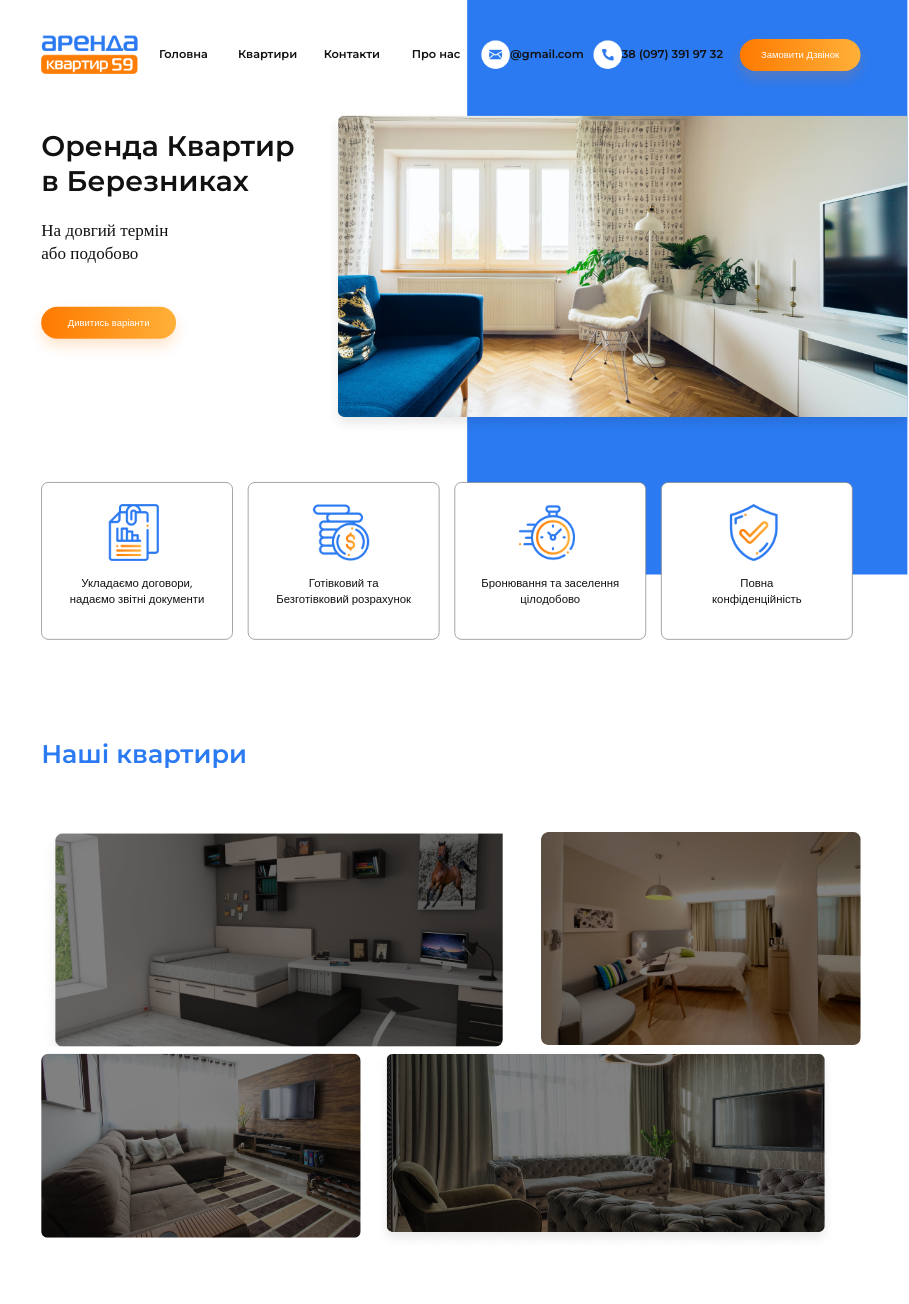
Repository: batonAnton/HW-7-grid
Page: index.html
These files come from the project's save history. The page is drawn as it stood at one moment and after the next save; the edit follows.
The browser window is 1280 px wide. The pictures show the whole page, at 71% of full size.

Above is the page before, as saved 2022-06-25 20:12:48.

### index.html
<!DOCTYPE html>
<html lang="en">
<head>
    <meta charset="UTF-8">
    <meta http-equiv="X-UA-Compatible" content="IE=edge">
    <meta name="viewport" content="width=device-width, initial-scale=1.0">
    <link rel="preconnect" href="https://fonts.googleapis.com">
    <link rel="preconnect" href="https://fonts.gstatic.com" crossorigin>
    <link href="https://fonts.googleapis.com/css2?family=Montserrat:wght@600&display=swap" rel="stylesheet">
    <link rel="preconnect" href="https://fonts.googleapis.com">
    <link rel="preconnect" href="https://fonts.gstatic.com" crossorigin>
    <link href="https://fonts.googleapis.com/css2?family=Open+Sans&display=swap" rel="stylesheet">
    <link rel="stylesheet" href="./css/styles2.css">
    <title>Grid</title>
</head>

        <div  class="wrapper allstyles">
            <header>
                <img src="./images/logo.png" alt="logo">
                <a href="" class="menu">Головна</a>
                <a href="" class="menu">Квартири</a>
                <a href="" class="menu">Контакти</a>
                <a href="" class="menu">Про нас</a>

                <div class="item mail">
                    <img src="./images/email.png" alt="email">
                    <p>@gmail.com</p>
                </div>
                <div class="item phone">
                    <img src="./images/phone.png" alt="phone">
                    <p>38 (097) 391 97 32</p>
                </div>
                <div class="item btn">
                        <button>Замовити Дзвінок </button>
                </div>
            </header>
            </div>





            <div class=" wrapper2  allstyles">
                <div class="info">
                    <h1>Оренда Квартир <br> в Березниках</h1>
                    <p>На довгий термін <br> або подобово</p>
                    <button class="btn">Дивитись варіанти</button>
                </div>
                <div class="blueblock"></div>

                <div class="banner">

                </div>
            </div>
        </div>


    <div class="wrapper3 allstyles">
         <div class=" block block1">
             <img src="./images/header 1.1.png" alt="img">
             <p>
                Укладаємо договори, <br> надаємо звітні документи
             </p>
         </div>
         <div class="block block2">
            <img src="./images/header 1.2.png" alt="img">
            <p>
                Готівковий та <br>
                Безготівковий розрахунок
            </p>
         </div>
         <div class="block block3">
            <img src="./images/header 1.3.png" alt="img">
            <p>
                Бронювання та заселення <br> цілодобово
            </p>

         </div>
         <div class="block block4">
            <img src="./images/header 1.4.png" alt="img">
            <p>
                Повна <br> конфіденційність
            </p>
         </div>
    </div>

    <div class="wrapper4 allstyles">
        <h1 class="wrapper4-h1">Наші квартири</h1>

        <div class="img1-1"></div>
        <div class="img1-2"></div>
        <div class="img2-1"></div>
        <div class="img2-2"></div>
        <!-- <img class="img1-1" src="./images/wrapper4/Background 1.1.png" alt="">
        <img class="img1-2" src="./images/wrapper4/Background 1.2.png" alt="">
        <img class="img2-1" src="./images/wrapper4/Background 2.1.png" alt="">
        <img class="img2-2" src="./images/wrapper4/Background 2.2.png" alt=""> -->
    </div>









</body>
</html>

### css/styles2.css
* {
  box-sizing: border-box;
}

.allstyles {
  margin: 50px 50px;
}

header {
  display: grid;
  gap: 10px;
  grid-template-columns: repeat(8, 1fr);
  grid-template-rows: 1fr;
  z-index: 1;
}

.wrapper {
  display: flex;
  justify-content: space-between;
}

.menu {
  font-family: "Montserrat", sans-serif;
  font-style: normal;
  font-weight: 600;
  font-size: 16px;
  line-height: 20px;
  text-decoration: none;
  color: #111111;
  transition: all 1s;
}

.menu:hover {
  text-decoration: underline;
}

.phone,
.mail {
  font-family: "Montserrat", sans-serif;
  font-style: normal;
  font-weight: 600;
  font-size: 16px;
  line-height: 20px;
  text-decoration: none;
  color: #111111;
  transition: all 1s;
}

.menu,
.phone,
.mail,
.btn {
  justify-content: center;
  align-items: center;
  display: flex;
}

.phone,
.btn {
  width: 190px;
}

.btn button {
  padding: 15px 30px;
  color: #fff;
  background: linear-gradient(89.77deg, #ff7a00 0.2%, #ffb039 99.82%);
  box-shadow: 0px 10px 20px rgba(255, 122, 0, 0.2);
  border-radius: 25px;
  border: none;
}

.wrapper2 {
  display: grid;
  grid-template-columns: repeat(5, 1fr);
  grid-template-rows: repeat(5, 1fr);
  z-index: 0;
}

.wrapper2 .info {
  grid-column: 1/3;
  grid-row: 1/6;
}

.info h1 {
  font-family: "Montserrat";
  font-style: normal;
  font-weight: 800;
  font-size: 40px;
  line-height: 49px;
  display: flex;
  align-items: center;
  color: #111111;
}

.info p {
  font-family: "Open Sans";
  font-style: normal;
  font-weight: 400;
  font-size: 24px;
  line-height: 33px;
  color: #111111;
}
.wrapper2 .banner {
  grid-column: 3/6;
  grid-row: 1/6;
  background-image: url(../images/bigBanner.png);
  background-repeat: no-repeat;
  background-size: contain;
  /* height: 420px; */
  margin-right: -56px;
}

.wrapper2 .btn {
  margin-top: 60px;
  padding: 15px 30px;
  color: #fff;
  background: linear-gradient(89.77deg, #ff7a00 0.2%, #ffb039 99.82%);
  box-shadow: 0px 10px 20px rgba(255, 122, 0, 0.2);
  border-radius: 25px;
  border: none;
}

.blueblock {
  grid-column: 4/6;
  grid-row: 1/6;
  background: #2b7af1;
  border-radius: 0px 0px 0px 10px;
  margin-top: -155px;
  margin-right: -56px;

  width: 620px;
  height: 810px;
}

.wrapper3 {
  display: grid;
  grid-template-columns: repeat(4, 1fr);
  margin-top: -180px;
  z-index: 1;
}

.wrapper3 p {
  font-family: "Open Sans", sans-serif;
  font-style: normal;
  font-weight: 400;
  font-size: 16px;
  line-height: 22px;
  text-align: center;
  color: #111111;
}

.block {
  width: 270px;
  /* height: 170px; */
  padding: 30px 20px;
  background: #ffffff;
  border-radius: 10px;
  border: 1px solid gray;
}

.block img {
  width: 80px;
  height: 80px;
  margin-left: 70px;
}

.block1,
.block2,
.block3,
.block4 {
  /* display: flex; */
  justify-content: space-around;
}

.block1 {
  grid-column: 1/2;
}

.block2 {
  grid-column: 2/3;
}

.block3 {
  grid-column: 3/4;
}

.block4 {
  grid-column: 4/5;
}

.wrapper4 {
  display: grid;
  grid-template-columns: repeat(5, 1fr);
  grid-template-rows: repeat(5, 1fr);
  margin-top: 115px;
  gap: 10px;
}

.wrapper4-h1 {
  grid-column: 1/6;
  font-family: "Montserrat";
  font-style: normal;
  font-weight: 800;
  font-size: 36px;
  line-height: 44px;
  color: #2b7af1;
}



.img1-1 {
  grid-column: 1/4;
  grid-row: 2/4;
  width: 650px;
  height: 300px;
  height: 310px;
  margin-top: -8px;
  background-image: url("../images/wrapper4/Background\ 1.1.png");
  /* background-size: contain; */
  background-repeat: no-repeat;
  filter: brightness(50%);
  border-radius: 10px;
}

.img1-2 {
  grid-column: 4/6;
  grid-row: 2/4;
  width: 450px;
  height: 300px;
  background-image: url("../images/wrapper4/Background\ 1.2.png");
  /* background-size: contain; */
  background-repeat: no-repeat;
  filter: brightness(50%);
  border-radius: 10px;
}

.img2-1 {
  grid-column: 1/3;
  grid-row: 4/6;
  width: 450px;
  height: 300px;
  background-image: url("../images/wrapper4/Background\ 2.1.png");
  background-size: contain;
  background-repeat: no-repeat;
  filter: brightness(50%);
  border-radius: 10px;
}

.img2-2 {
  grid-column: 3/6;
  grid-row: 4/6;
  width: 650px;
  height: 300px;
  height: 310px;
  margin-top: -8px;
  background-image: url("../images/wrapper4/Background\ 2.2.png");
  /* background-size: contain; */
  background-repeat: no-repeat;
  background-size: contain;
  background-repeat: no-repeat;
  filter: brightness(50%);
  border-radius: 10px;
}

After the next save:
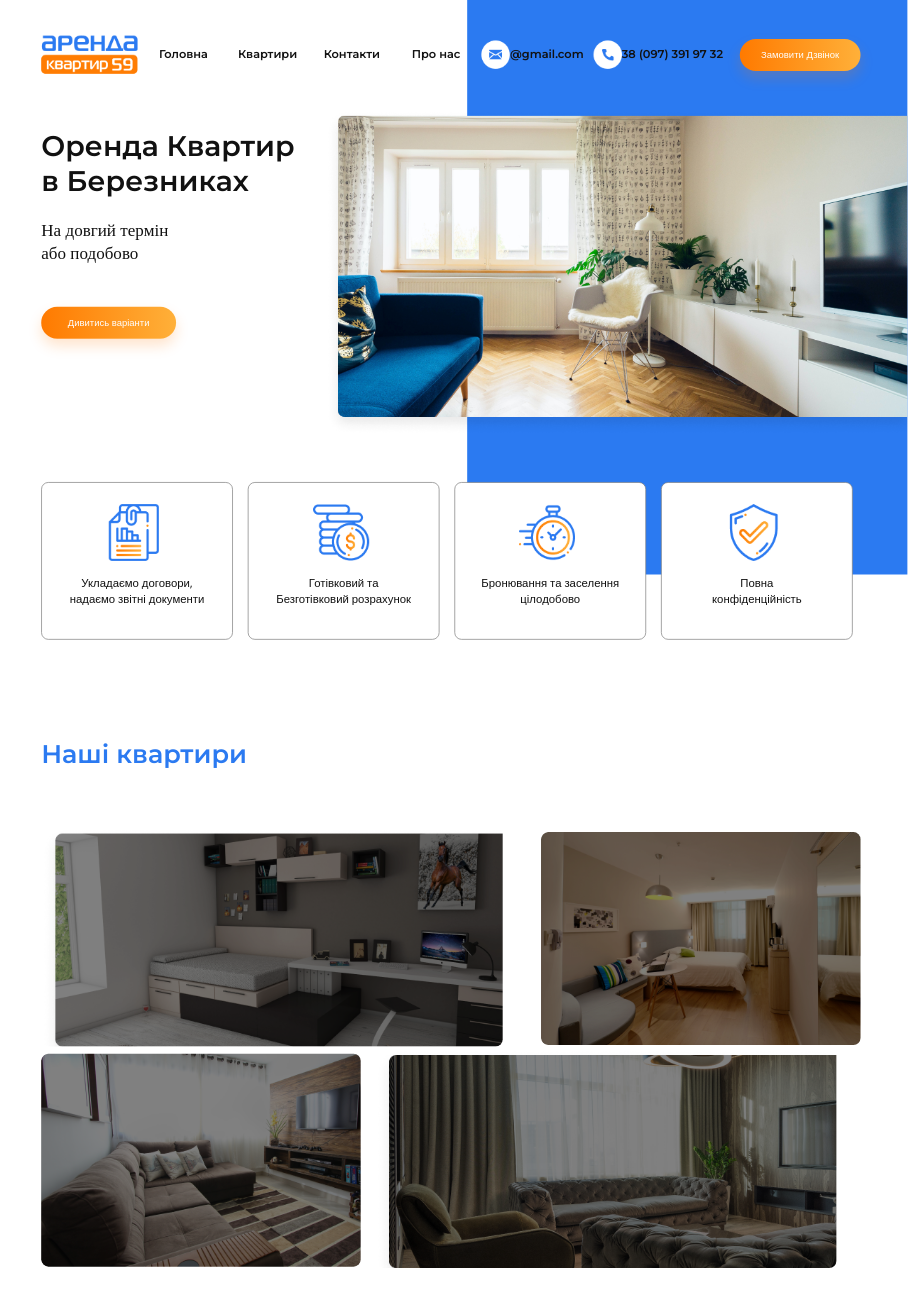
Saved 5 min 0 s later.
--- a/css/styles2.css
+++ b/css/styles2.css
@@ -240,7 +240,7 @@ header {
   width: 450px;
   height: 300px;
   background-image: url("../images/wrapper4/Background\ 2.1.png");
-  background-size: contain;
+  /* background-size: contain; */
   background-repeat: no-repeat;
   filter: brightness(50%);
   border-radius: 10px;
@@ -256,8 +256,8 @@ header {
   background-image: url("../images/wrapper4/Background\ 2.2.png");
   /* background-size: contain; */
   background-repeat: no-repeat;
-  background-size: contain;
-  background-repeat: no-repeat;
-  filter: brightness(50%);
-  border-radius: 10px;
-}
+  /* background-size: contain; */
+  background-repeat: no-repeat;
+  filter: brightness(50%);
+  border-radius: 10px;
+}
